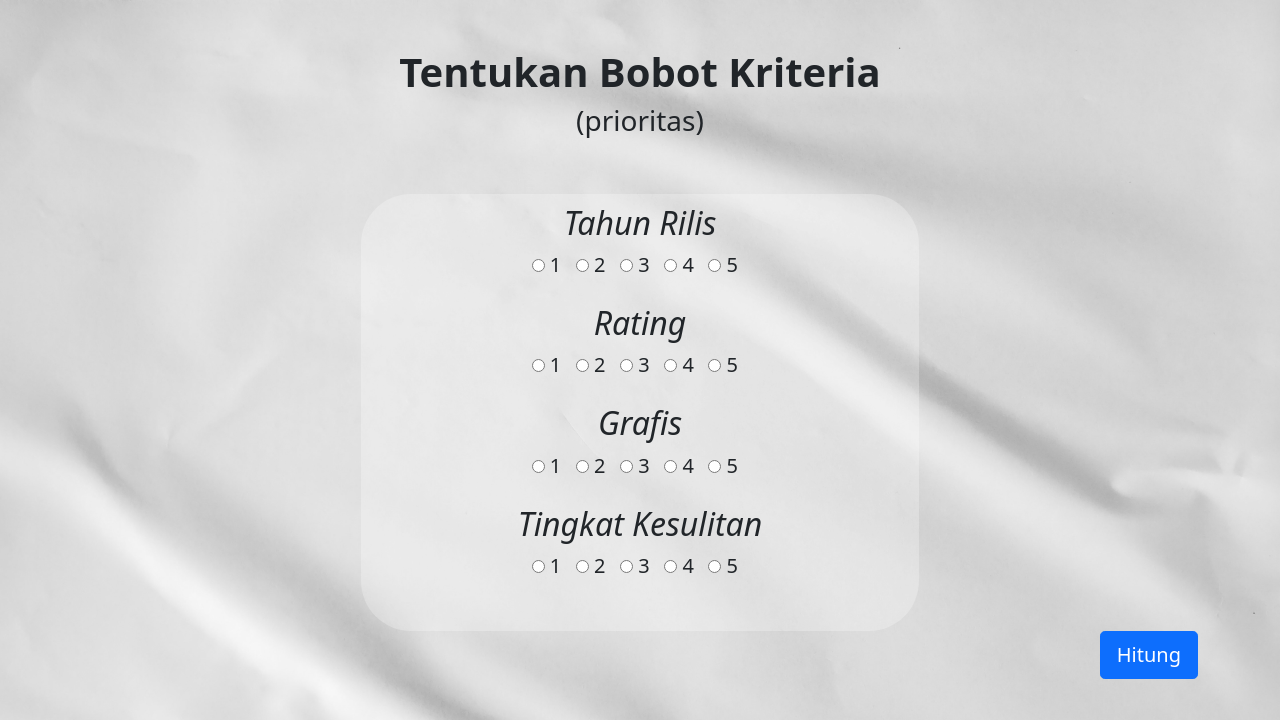
Repository: aqordeon/SPKWP
Page: http://localhost/hitungKriteria.php
An editor plug-in stored every save of this project. The page is shown before and after the next save, followed by the edit.
The browser window is 1280 px wide. The pictures show the whole page.
The page is run by PHP 8.4 with error messages shown; the project is at /var/www/html/. Queries for data that is not in the repository find no rows.

Above is the page before, as saved 2021-01-13 23:53:50.

After the next save:
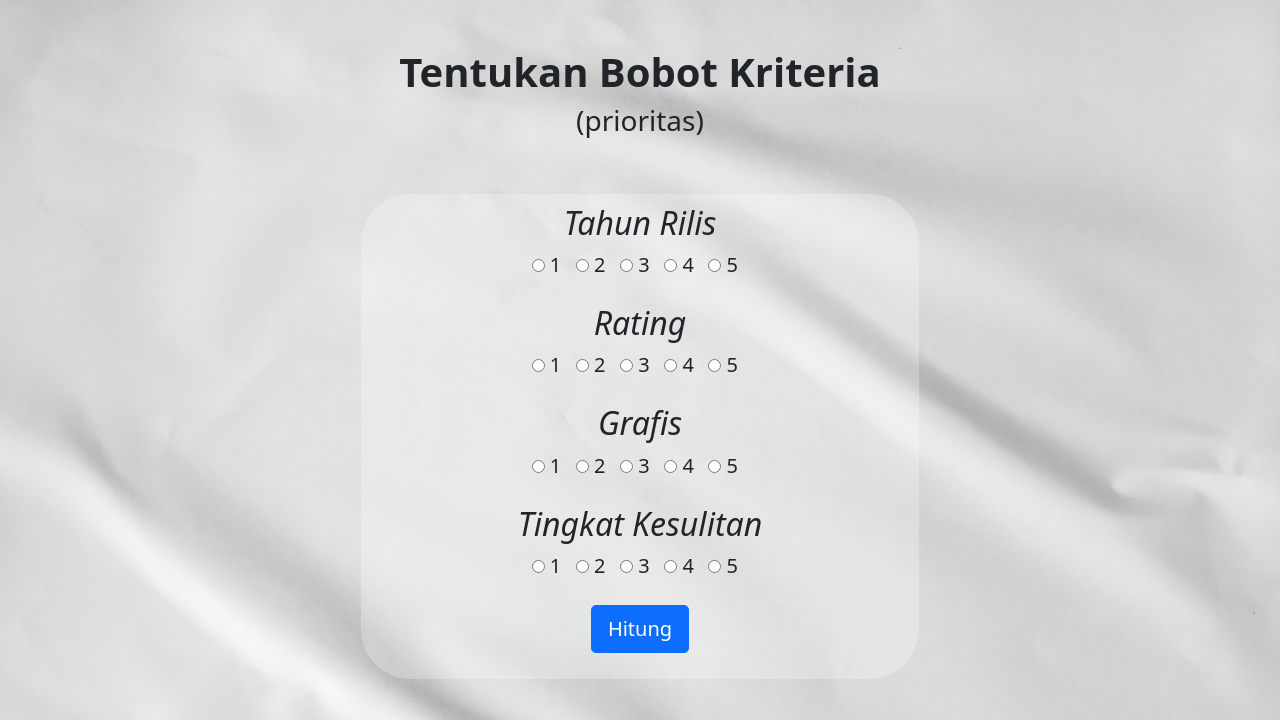
Saved 7 s later.
--- a/hitungKriteria.php
+++ b/hitungKriteria.php
@@ -70,10 +70,9 @@
                     <input type="radio" id="optradio_tingkatkesulitan5" name="radio_tingkatkesulitan" value="5"><label for="optradio_tingkatkesulitan5">&nbsp;5&nbsp;&nbsp;</label>
 
                     <br><Br>
-
+                    <input type='submit' class="btn btn-primary btn-lg" value='Hitung' name='but_upload'>
                 </form>
             </div>
-            <input type='submit' class="btn btn-primary btn-lg" value='Hitung' name='but_upload' style="float: right;">
 
             <!-- <a href="hitung_vektor.php" class="btn btn-primary" name='kriteria_submit'>Submit</a>   mengarah ke hitung_vektor.php -->
 
